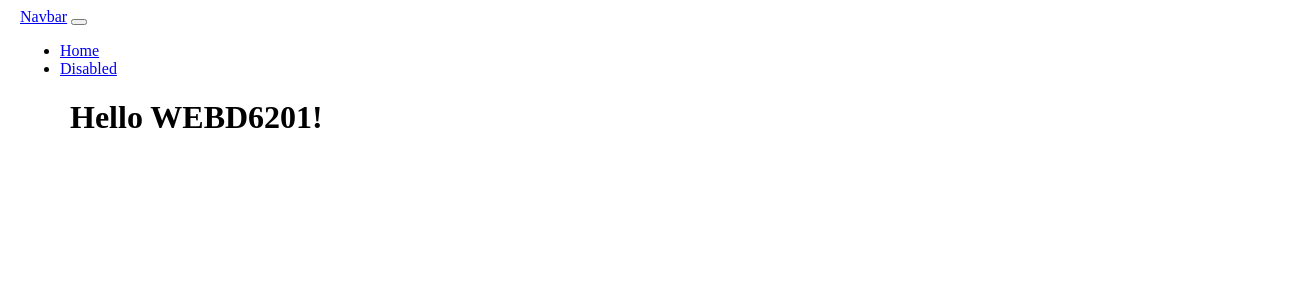
Repository: GarlicButterBoy/WEBD6201-Week1
Page: index.html
The author's editor kept a copy of each file at every save. The page is drawn from the files as they stood at one save, then again after the next save.
The browser window is 1280 px wide. The page is 1296 px wide, then 1280 px, so the pictures cover 1296 px, including what lies to the right of the window. The pictures show the whole page.

Above is the page before, as saved 2021-01-14 09:22:24.

### index.html
<!DOCTYPE html>
<html lang="en">
<head>
    <meta charset="UTF-8">
    <meta name="viewport" content="width=device-width, initial-scale=1.0">
    <title>Document</title>

    <!-- CSS Section -->
    <link rel="stylesheet" href="./node_modules/bootstrap/dist/css/bootstrap-grid.min.css">
    <link rel="stylesheet" href="./node_modules/@fortawesome/fontawesome-free/css/all.min.css">
    <link rel="stylesheet" href="./Content/app.css">

</head>
<body>
    <nav class="navbar navbar-expand-lg navbar-light bg-light">
        <div class="container-fluid">
          <a class="navbar-brand" href="#">Navbar</a>
          <button class="navbar-toggler" type="button" data-bs-toggle="collapse" data-bs-target="#navbarNav" aria-controls="navbarNav" aria-expanded="false" aria-label="Toggle navigation">
            <span class="navbar-toggler-icon"></span>
          </button>
          <div class="collapse navbar-collapse" id="navbarNav">
            <ul class="navbar-nav">
              <li class="nav-item">
                <a class="nav-link active" aria-current="page" href="#">Home</a>
              </li>
              <li class="nav-item">
                <a class="nav-link disabled" href="#" tabindex="-1" aria-disabled="true">Disabled</a>
              </li>
            </ul>
          </div>
        </div>
      </nav>

    <div class="container">
        <h1>Hello WEBD6201!</h1>
    </div>

    <!-- JavaScript Section -->
    <script src="./node_modules/jquery/dist/jquery.min.js"></script>
    <script src="./node_modules/bootstrap/dist/js/bootstrap.bundle.min.js"></script>
    <script src="./Scripts/app.js"></script>

</body>
</html>

### Content/app.css
/*
 * Custom CSS goes here!
 */

### Scripts/app.js
/*
 * Custom Scripts go here!
 */

//IIFE - Immediately Invoked Function Expression
//AKA - Anonymous Self-Executing Function
(function()
{
    //Initialization Function
    function Start()
    {

       console.log("App Started...");

       for (let index = 0; index < 5; index++)
       {

        console.log(index);

       }
    }
    //Event Listener
    window.addEventListener("load", Start);

})();

Loaded but not shown: node_modules/bootstrap/dist/css/bootstrap-grid.min.css (library); node_modules/@fortawesome/fontawesome-free/css/all.min.css (library); node_modules/jquery/dist/jquery.min.js (library); node_modules/bootstrap/dist/js/bootstrap.bundle.min.js (library); node_modules/bootstrap/dist/css/bootstrap.min.css (library)

After the next save:
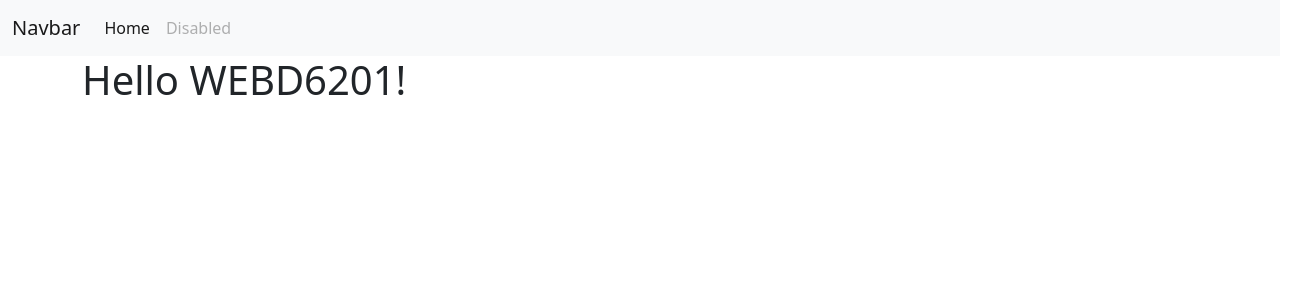
Saved 22 s later.
--- a/index.html
+++ b/index.html
@@ -6,7 +6,7 @@
     <title>Document</title>
 
     <!-- CSS Section -->
-    <link rel="stylesheet" href="./node_modules/bootstrap/dist/css/bootstrap-grid.min.css">
+    <link rel="stylesheet" href="./node_modules/bootstrap/dist/css/bootstrap.min.css">
     <link rel="stylesheet" href="./node_modules/@fortawesome/fontawesome-free/css/all.min.css">
     <link rel="stylesheet" href="./Content/app.css">
 
